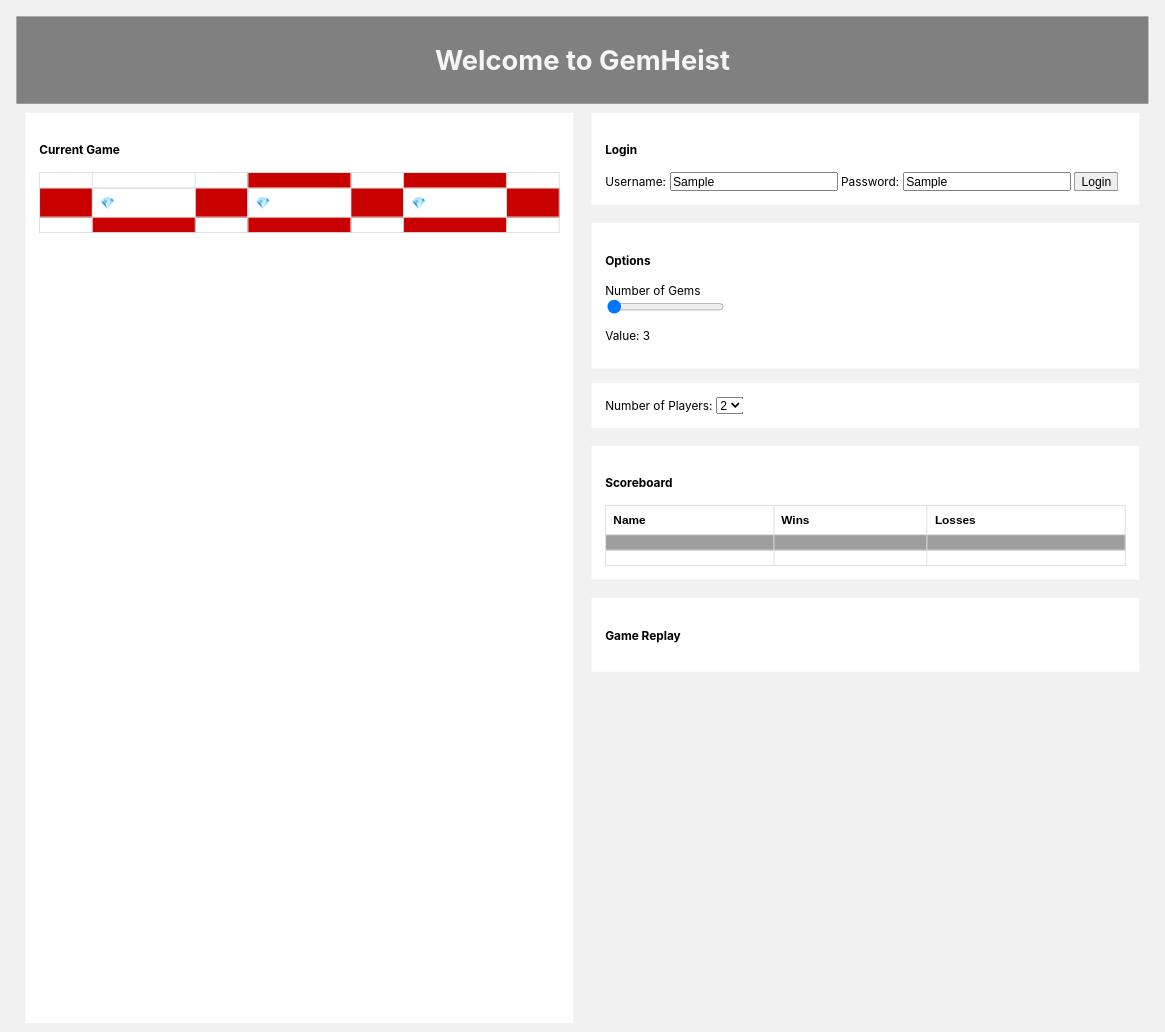
Repository: komalharjani/Gem-Heist
Page: board.html
These files come from the project's save history. The page is drawn as it stood at one moment and after the next save; the edit follows.
The browser window is 1280 px wide. The pictures show the whole page, at 91% of full size.
Empty fields were first filled with sample values (such as "Sample", 5 or name@example.com).
After loading, the first visible `td.alarm` was clicked once.

Above is the page before, as saved 2020-04-09 19:44:52.

### board.html
<!DOCTYPE html>
<html>

<head>
    <link rel="stylesheet" href="style.css">
</head>

<body>
    <!--Header-->
    <div class="header">
        <h2>Welcome to GemHeist</h2>
    </div>

    <!--Current Game-->
    <div class="centercolumn">
        <div class="card" style="height:1000px">
            <h4 id="gameTitle">Current Game</h4>
            <div class="yaks" id="game">
            </div>
        </div>
    </div>
    <!--Login -->
    <div class="centercolumn" id="scoreboard">
        <div class="card">
            <h4>Login</h4>
            <div class="yaks">
                <label for="fname">Username:</label>
                <input type="text" id="fname" name="fname">
                <label for="lname">Password:</label>
                <input type="text" id="lname" name="lname">
                <input type="submit" value="Login">
            </div>
        </div>
    </div><br>
    </div>

    <!--Options -->
    <div class="rightcolumn">
        <div class="card">
            <h4>Options</h4>
            <div class="yaks">
                <div class="slidecontainer">
                    <label for="myRange">Number of Gems</label></br>
                    <input type="range" min="3" max="20" value="3" class="slider" id="myRange">
                    <p>Value: <span id="demo"></span></p>
                </div>
            </div>
                <script>
                    var slider = document.getElementById("myRange");
                    var output = document.getElementById("demo");
                    output.innerHTML = slider.value;
                    document.getElementById("myRange").step = "3";
                    slider.oninput = function () {
                        output.innerHTML = this.value;
                    }
                </script>
            </div></br>
            <div class="card">
                <div class="yaks">
                    <label for="noPlayers">Number of Players:</label>
                    <select id="noPlayers">
                        <option value="2">2</option>
                        <option value="3">3</option>
                        <option value="4">4</option>
                        <option value="5">5</option>
                    </select>
                </div>
            </div>
    </div><br>
    </div>

    <!--Scoreboard - change to dynamic -->
    <div class="rightcolumn">
        <div class="card">
            <h4>Scoreboard</h4>
            <div class="yaks" id="scoreboard">
                <table>
                    <tr>
                        <th>Name</th>
                        <th>Wins</th>
                        <th>Losses</th>
                    </tr>
                    <tr>
                        <td> </td>
                        <td> </td>
                        <td> </td>
                    </tr>
                    <tr>
                        <td> </td>
                        <td> </td>
                        <td> </td>
                    </tr>
                </table>

            </div>
        </div>
    </div><br>
    </div>

    <!--Scoreboard -->
    <div class="rightcolumn">
        <div class="card">
            <h4>Game Replay</h4>
            <div class="yaks">
                <!--Content Here-->
            </div>
        </div>
    </div><br>
    </div>



    <!--JAVASCRIPT -->
    <script src="model_Board.js"></script>
</body>

</html>

### style.css
* {
    box-sizing: border-box;
  }

  /* Add a gray background color with some padding */
  body {
    font-family: -apple-system, BlinkMacSystemFont, 'Segoe UI', Roboto, Oxygen, Ubuntu, Cantarell, 'Open Sans', 'Helvetica Neue', sans-serif;
    padding: 10px;
    background: #f1f1f1;
    font-size: 13px;
  }
  table {
    font-family: arial, sans-serif;
    border-collapse: collapse;
    width: 100%;
  }

  td, th {
    border: 1px solid #dddddd;
    text-align: left;
    padding: 8px;
  }

  tr:nth-child(even) {
    background-color: #dddddd;
  }
  /* Header Title */
  .header {
    padding: 5px;
    font-size: 20px;
    text-align: center;
    background: grey;
    color: whitesmoke;
  }

  .login {
    width:300px;
    height:150px;
    position: fixed;
    top: 50%;
    left: 50%;
    margin-top: -125px;
    margin-left: -150px;
  }


  /* Alerts and Gems */

  .gem {
    background-color: white;
    justify-content: center;
  }

  .gem:hover {
    background-color: rgb(240, 240, 240);
  }

  .alarm {
    background-color: rgb(200, 0, 0);
  }

  .white {
    background-color: white;
  }

  .empty {
    background-color: white;
  }

  .alarm:hover {
    background-color: rgb(136, 0, 0);
  }

  /* Split Screen into Columns */

  .rightcolumn {
    float: right;
    width: 50%;
    padding: 10px;
  }

  .centercolumn {
    float: left;
    width: 50%;
    padding: 10px;
  }

  .box {
    background-color: whitesmoke;
    width: 100%;
    padding: 15px;
  }

  .voteFilter {
    background-color: black;
    width: 100%;
    padding: 15px;
  }

  .card {
     background-color: white;
     padding: 15px;
  }

  .row:after {
    content: "";
    display: table;
    clear: both;
  }

  /* Footer */
  .footer {
    padding: 20px;
    text-align: center;
    background: #ddd;
    margin-top: 20px;
  }

  /* Responsive layout - when the screen is less than 800px wide, make the two columns stack on top of each other instead of next to each other */
  @media screen and (max-width: 800px) {
    .leftcolumn, .rightcolumn {
      width: 100%;
      padding: 0;
    }
  }

  tr:nth-child(even) {
    background-color: #3b37377c;
  }

### model_Board.js
/**
 * Variables
 */
const width = 7;
var gemChar = '&#128142';
var noGems = document.getElementById("myRange").value;
height = (2 / 3 * noGems) + 1;

/**
 * Declare Arrays for Drawing Board...
 */
var pieces = [];
for (var i = 0; i < height; i++) {
    pieces[i] = [];
}

/**
 * Array With Current State
 */
var currState = [];
for (var i = 0; i < height; i++) {
    currState[i] = [];
    for (var j = 0; j < width; j++) {
        currState[i].push(true); //default all true
    }
}

/**
 * Function to Draw Board depending on whether values are true / false
 */
function drawBoard() {
    //Create rows and tables according to specified height and width
    var table = document.createElement("table");
    for (var i = 0; i < height; i++) { //loop through height
        var row = document.createElement('tr'); //create rows for each height
        for (var j = 0; j < width; j++) { //loop through width
            var cell = document.createElement('td'); //create columns for each width
            pieces[i].push(cell);
            cell.setAttribute("row", i);
            cell.setAttribute("col", j);

            if (currState[i][j] == true) {
                if (j % 2 && i % 2) { //identify gem cells
                    //currentState[0].push(cell);
                    cell.innerHTML = gemChar;
                    cell.className = "gem";
                    //move event listener to turn handler function
                    cell.addEventListener('click', function (event) {
                        this.innerHTML = "name";
                        captureAlarm();
                    })
                }
                else if (j % 2 || i % 2) { //identify alarm cells
                    cell.className = "alarm";
                    cell.addEventListener('click', function (event) {
                        captureAlarm();
                        this.className = "white";
                    })
                }
            }
            else {
                cell.className = "white"
            }
            row.appendChild(cell);
        }
        table.appendChild(row);
    }
    document.body.appendChild(table);

    //display in this div
    let divContainer = document.getElementById("game");
    divContainer.innerHTML = "";
    divContainer.appendChild(table);
}

drawBoard();

//free of HTML elements
function captureAlarm() {
    let currRow = event.target.getAttribute("row"); //curr row
    let currCol = event.target.getAttribute("col"); //curr col

    // let intRow = parseInt(currRow);
    // intRow += 1;
    // console.log(intRow);

    let alarmsAroundEvent = [];
    let gemsFound = [];
    let leftCell;
    let rightCell;
    let upCell;
    let downCell;
    let one = 1;
    let alarmsAroundGemsFound = [];

    currState[currRow][currCol] = (false); //bind false to cell.className = "white";
    //add move to replay

    if (currRow - 1 >= 0) {
        upCell = pieces[currRow - 1][currCol];
        alarmsAroundEvent.push(upCell);
    } if (currCol - 1 >= 0) {
        leftCell = pieces[currRow][currCol - 1];
        alarmsAroundEvent.push(leftCell);

    } console.log(pieces);
    if (currRow < height) {
        downCell = pieces[++currRow][currCol];
        alarmsAroundEvent.push(downCell);
    }
    // if (currCol < width) {
    //     rightCell = pieces[currRow][currCol+1];
    //     //alarmsAroundEvent.push(rightCell);
    // }

    console.log(upCell);
    console.log(leftCell);
    console.log(downCell);
    //console.log(rightCell);
    console.log(alarmsAroundEvent);
    //}

    //loop 1 find gems around alarms
    for (let i = 0; i < alarmsAroundEvent.length; i++) {
        if (alarmsAroundEvent[i].className == "gem") {
            gemsFound.push(alarmsAroundEvent[i]);
        }
    }

    //loop 2 - check for alarms around each gem to see if gem should be captured
    for (let i = 0; i < gemsFound.length; i++) {
        let gemRow = gemsFound[i].getAttribute("row");
        let gemCol = gemsFound[i].getAttribute("col");

        let alarmUp = (pieces[gemRow - 1][gemCol]);
        let alarmLeft = (pieces[gemRow][gemCol - 1]);
        //let alarmRight = (pieces[gemRow + 1][gemCol]);
        //let alarmDown = (pieces[gemRow + 1][gemCol]);

        alarmsAroundGemsFound.push(alarmUp, alarmLeft);

        for (let j = 0; j < alarmsAroundGemsFound.length; j++) {
            if (alarmsAroundGemsFound[i].className == "white") {
                alarmsAroundGemsFound.pop[i];
            }
        }
        console.log(alarmsAroundGemsFound);

        if (alarmsAroundGemsFound.length == 0) {
            gemsFound.className = "white";
            gemsFound.innerHTML = "name";
            //add move to replay
            //currState[gemRow][gemCol] = (false);
            //model.Player.score++;
            declareWinner();
        }
        else {
            //Next Turn
        }

    }

}

function declareWinner() {
    let gemsToWin = player.length / noGems;
    if (player.score = gemsToWin) {
        //alert
        //kill game
        //update leagueboard
    }
    else {
        //next turn
    }
}

//2. fix the row and col
//3. reference errors with calling other functions in main

After the next save:
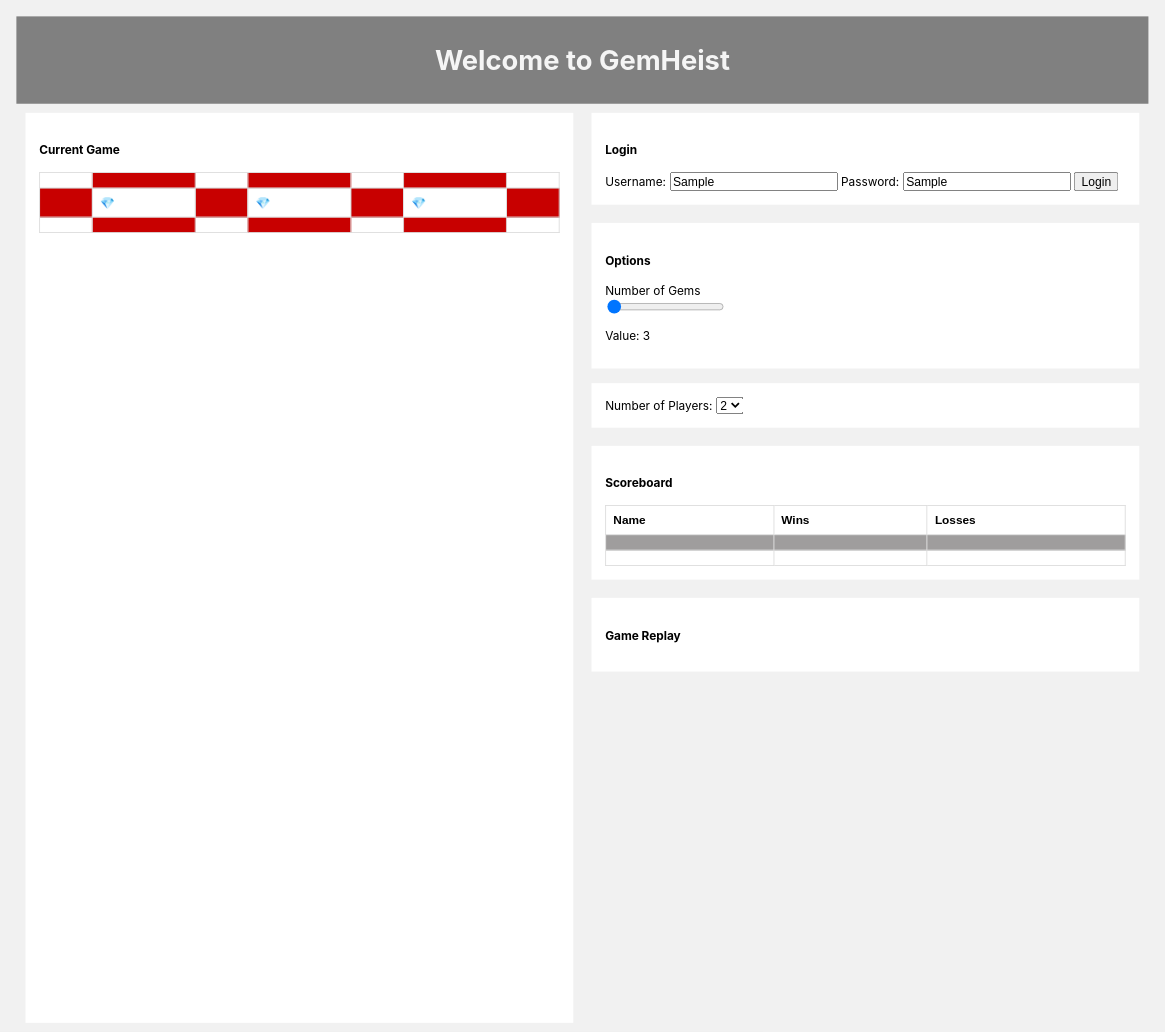
Console error: TypeError: Cannot read properties of undefined (reading '1')
Saved 18 s later.
--- a/model_Board.js
+++ b/model_Board.js
@@ -105,7 +105,7 @@
 
     } console.log(pieces);
     if (currRow < height) {
-        downCell = pieces[++currRow][currCol];
+        downCell = pieces[currRow+1][currCol];
         alarmsAroundEvent.push(downCell);
     }
     // if (currCol < width) {

After the save that followed:
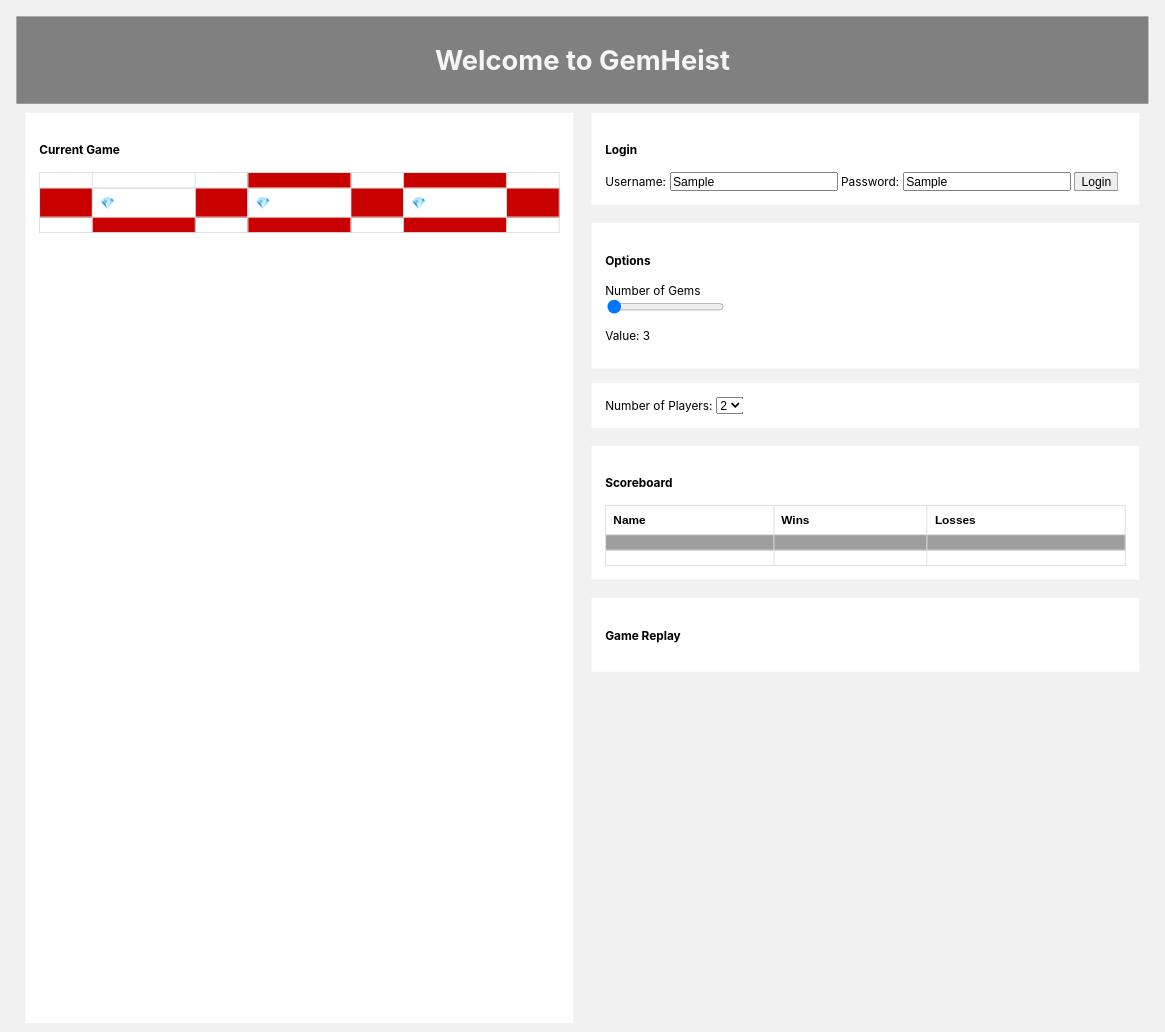
The error is gone.
Saved 2 min 53 s later.
--- a/model_Board.js
+++ b/model_Board.js
@@ -104,10 +104,12 @@
         alarmsAroundEvent.push(leftCell);
 
     } console.log(pieces);
+    console.log(currRow);
     if (currRow < height) {
-        downCell = pieces[currRow+1][currCol];
+        downCell = pieces[++currRow][currCol];
         alarmsAroundEvent.push(downCell);
     }
+    console.log(currRow);
     // if (currCol < width) {
     //     rightCell = pieces[currRow][currCol+1];
     //     //alarmsAroundEvent.push(rightCell);
